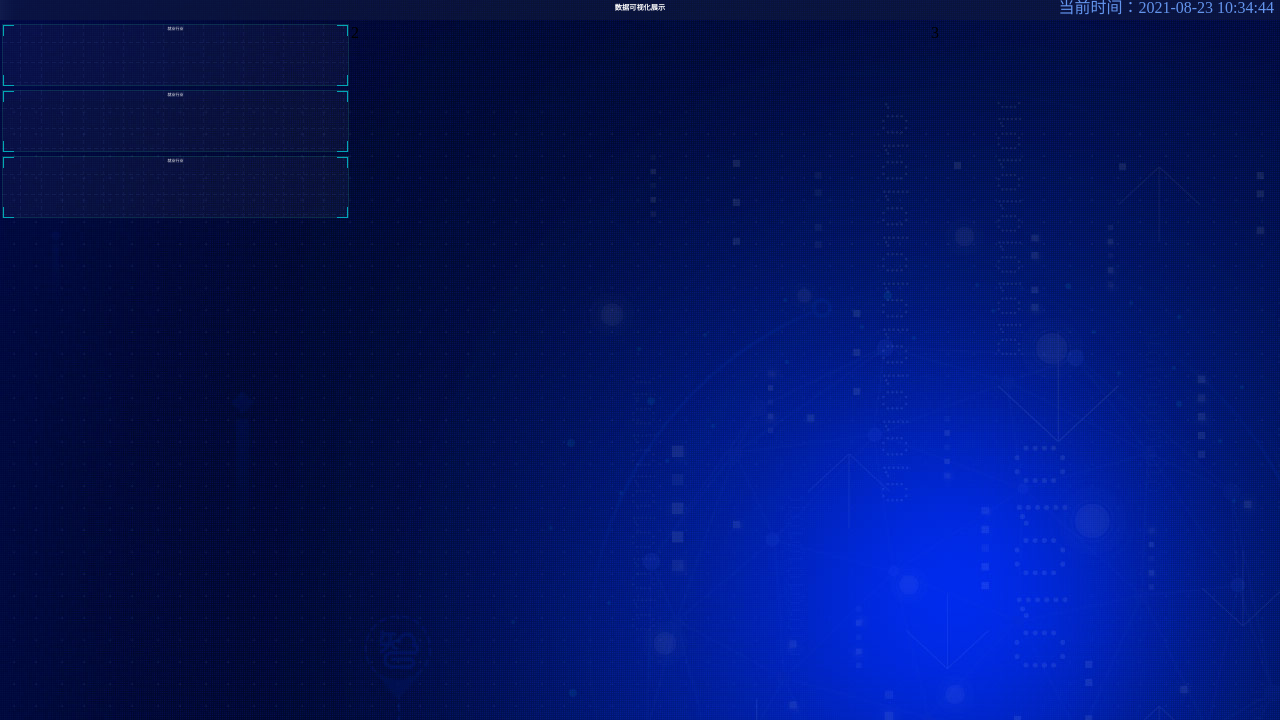
Repository: jiang-1990/DataVM
Page: /
An editor plug-in stored every save of this project. The page is shown before and after the next save, followed by the edit.
The browser window is 1280 px wide. The pictures show the whole page.
The project was rebuilt for these pictures with package versions that can differ from the ones it lists, and the page was loaded fresh each time.

Above is the page before, as saved 2021-08-23 15:07:59.

### index.html
<!DOCTYPE html>
<html>
  <head>
    <meta charset="utf-8">
    <meta name="viewport" content="width=device-width,initial-scale=1.0">
    <title>mydatam</title>
  </head>
  <body>
    <div id="app"></div>
    <!-- built files will be auto injected -->
  </body>
</html>

### src/App.vue
<template>
  <div id="app">
    <router-view/>
  </div>
</template>

<script>
export default {
  name: 'App'
}
</script>

<style>
body{
  margin: 0;
  padding: 0;
}
#app ,body,html{
  height: 100%;
  background-image: url('assets/bg.jpg') ;
  background-Repeat : 'no-repeat';
  background-Size : '100% 100%';
}
</style>

### src/router/index.js
import Vue from 'vue'
import Router from 'vue-router'
import bigScreen from '@/components/bigScreen'

Vue.use(Router)

export default new Router({
  routes: [
    {
      path: '/',
      name: 'bigScreen',
      component: bigScreen
    }
  ]
})

### src/components/bigScreen.vue
<template>
  <div>
    <div class="top">
      <h1>数据可视化展示</h1>
      <span class="time">当前时间：{{date | dateFormat}}</span>
    </div>
    <div class="mainBox">
      <div class="culonm">
        <div class="panl bar">
          <h2>就业行业</h2>
          <div class="chart"></div>
          <div class="zhuanjiao"></div>
        </div>

        <div class="panl line">
          <h2>就业行业</h2>
          <div class="chart"></div>
          <div class="zhuanjiao"></div>
        </div>
        <div class="panl par">
          <h2>就业行业</h2>
          <div class="chart"></div>
          <div class="zhuanjiao"></div>
        </div>
      </div>
      <div class="culonm">2</div>
      <div class="culonm">3</div>
    </div>
    <!-- <div id="myChart" style="width:1920px; height: 400px;"></div> -->
  </div>
</template>

<script>
// 引入echarts
var echarts = require('echarts')
export default {
  data () {
    return {
      date: new Date(),//当前日期
    }
  },
  // 定义一个局部的过滤器，格式化当前时间
  filters: {
    dateFormat: (dateTime) => {
      var now = new Date(dateTime)
      var y = now.getFullYear()
      var m = (now.getMonth() + 1).toString().padStart(2, '0')
      var d = now.getDate().toString().padStart(2, '0')
      var hh = now.getHours().toString().padStart(2, '0')
      var mm = now.getMinutes().toString().padStart(2, '0')
      var ss = now.getSeconds().toString().padStart(2, '0')
      // 过滤器中要有返回值
      return `${y}-${m}-${d} ${hh}:${mm}:${ss}`
    }
  },
  mounted(){
    this.createchart()
    var _this = this;
    this.timer = setInterval(() => {
	    _this.date = new Date(); // 修改日期数据
    }, 1000);

  },
  created() {

  },
  methods:{
    // createchart(){
    //   var myChart = echarts.init(document.getElementById('myChart'))
    //   console.log(myChart)
    //   var option = {
    //         title:{
    //             text:'ECharts 数据统计'
    //         },
    //         tooltip:{},
    //         legend:{
    //             data:['用户来源']
    //         },
    //         xAxis:{
    //             data:["Android","IOS","PC","Ohter"]
    //         },
    //         yAxis:{

    //         },
    //         series:[{
    //             name:'访问量',
    //             type:'line',
    //             data:[500,200,360,100]
    //         }]
    //     };

    //     //使用制定的配置项和数据显示图表
    //     myChart.setOption(option);
    // },
  }
}
</script>

<style scoped>
@import '../css/bigScreen.css';
</style>

### src/css/bigScreen.css
* {
  margin: 0;
  padding: 0;
  box-sizing: border-box;
}
li {
  list-style-type: none;
}
.top {
  height: 1.25rem;
  background: url(../assets/head_bg.png) no-repeat;
  box-sizing: 100% 100%;
  position: relative;
}
.top h1 {
  font-size: 0.45rem;
  line-height: 1rem;
  color: #ffffff;
  text-align: center;
}
.top .time {
  line-height: 0.9375rem;
  position: absolute;
  right: 0.375rem;
  top: 0;
  color: cornflowerblue;
}
.mainBox {
  min-width: 1024px;
  max-width: 1920px;
  margin: 0 auto;
  display: flex;
  padding: 0.25rem 0.125rem 0;
}
.mainBox .culonm {
  flex: 3;
}
.mainBox .culonm:nth-child(2) {
  flex: 5;
  margin: 0 0.125rem 0.1875rem;
}
.mainBox .panl {
  position: relative;
  height: 3.875rem;
  border: 0.0125rem solid rgba(25, 186, 139, 0.17);
  background: url(../assets/line.png) rgba(255, 255, 255, 0.03);
  padding: 0 0.1875rem 0.25rem;
  margin-bottom: 0.25rem;
}
.mainBox .panl::before {
  position: absolute;
  top: 0;
  left: 0;
  width: 10px;
  height: 10px;
  border-left: 1px solid #02a6b5;
  border-top: 1px solid #02a6b5;
  content: "";
}
.mainBox .panl::after {
  position: absolute;
  top: 0;
  right: 0;
  width: 10px;
  height: 10px;
  border-right: 1px solid #02a6b5;
  border-top: 1px solid #02a6b5;
  content: "";
}
.mainBox .panl .zhuanjiao {
  width: 100%;
  height: 10px;
  position: absolute;
  bottom: 0px;
  left: 0;
}
.mainBox .panl .zhuanjiao::before {
  position: absolute;
  top: 0;
  left: 0;
  width: 10px;
  height: 10px;
  border-left: 1px solid #02a6b5;
  border-bottom: 1px solid #02a6b5;
  content: "";
}
.mainBox .panl .zhuanjiao::after {
  position: absolute;
  top: 0;
  right: 0;
  width: 10px;
  height: 10px;
  border-right: 1px solid #02a6b5;
  border-bottom: 1px solid #02a6b5;
  content: "";
}
.mainBox .panl h2 {
  font-size: 0.25rem;
  color: #ffffff;
  line-height: 0.5rem;
  text-align: center;
  height: 0.5rem;
  font-weight: 400;
}
.mainBox .panl .chart {
  height: 3.25rem;
}
.mainBox .num {
  background: rgba(101, 132, 226, 0.1);
  padding: 0.1875rem;
}
.mainBox .num .num-hd {
  position: relative;
  margin: 0.125rem;
  border: 1px solid rgba(25, 186, 139, 0.17);
}
.mainBox .num .num-hd::before {
  position: absolute;
  top: 0;
  left: 0;
  width: 10px;
  height: 10px;
  border-left: 1px solid #02a6b5;
  border-top: 1px solid #02a6b5;
  content: "";
}
.mainBox .num .num-hd::after {
  position: absolute;
  bottom: 0;
  right: 0;
  width: 10px;
  height: 10px;
  border-right: 1px solid #02a6b5;
  border-bottom: 1px solid #02a6b5;
  content: "";
}
.mainBox .num .num-hd ul {
  display: flex;
}
.mainBox .num .num-hd ul li {
  flex: 1;
  line-height: 1rem;
  font-size: 0.875rem;
  color: #ffeb7b;
  text-align: center;
  font-family: electronicFont;
}
.mainBox .num .num-hd ul li:nth-child(1) {
  position: relative;
}
.mainBox .num .num-hd ul li:nth-child(1)::after {
  position: absolute;
  top: 25%;
  right: 0;
  height: 50%;
  border-right: 1px solid #02a6b5;
  content: "";
}
.mainBox .num .num-bd {
  position: relative;
}
.mainBox .num .num-bd ul {
  display: flex;
}
.mainBox .num .num-bd ul li {
  flex: 1;
  line-height: 0.5rem;
  font-size: 0.225rem;
  color: rgba(255, 255, 255, 0.7);
  text-align: center;
}
.mainBox .map {
  height: 10.125rem;
  position: relative;
}
.mainBox .map .map1 {
  width: 6.475rem;
  height: 6.475rem;
  position: absolute;
  top: 50%;
  left: 50%;
  transform: translate(-50%, -50%);
  background: url(../assets/map.png);
  background-size: 100% 100%;
  opacity: 0.3;
}
.mainBox .map .map2 {
  width: 8.0375rem;
  height: 8.0375rem;
  position: absolute;
  top: 50%;
  left: 50%;
  transform: translate(-50%, -50%);
  background: url(../assets/lbx.png);
  background-size: 100% 100%;
  animation: rotatel1 20s linear infinite;
  opacity: 0.6;
}
@keyframes rotatel1 {
  from {
    transform: translate(-50%, -50%) rotate(0deg);
  }
  to {
    transform: translate(-50%, -50%) rotate(360deg);
  }
}
.mainBox .map .map3 {
  width: 7.075rem;
  height: 7.075rem;
  position: absolute;
  top: 50%;
  left: 50%;
  transform: translate(-50%, -50%);
  background: url(../assets/jt.png);
  background-size: 100% 100%;
  animation: rotatel2 15s linear infinite;
  opacity: 0.6;
}
@keyframes rotatel2 {
  from {
    transform: translate(-50%, -50%) rotate(0deg);
  }
  to {
    transform: translate(-50%, -50%) rotate(-360deg);
  }
}
.mainBox .map .chart {
  height: 10.125rem;
}

Loaded but not shown: src/main.js (common file)

After the next save:
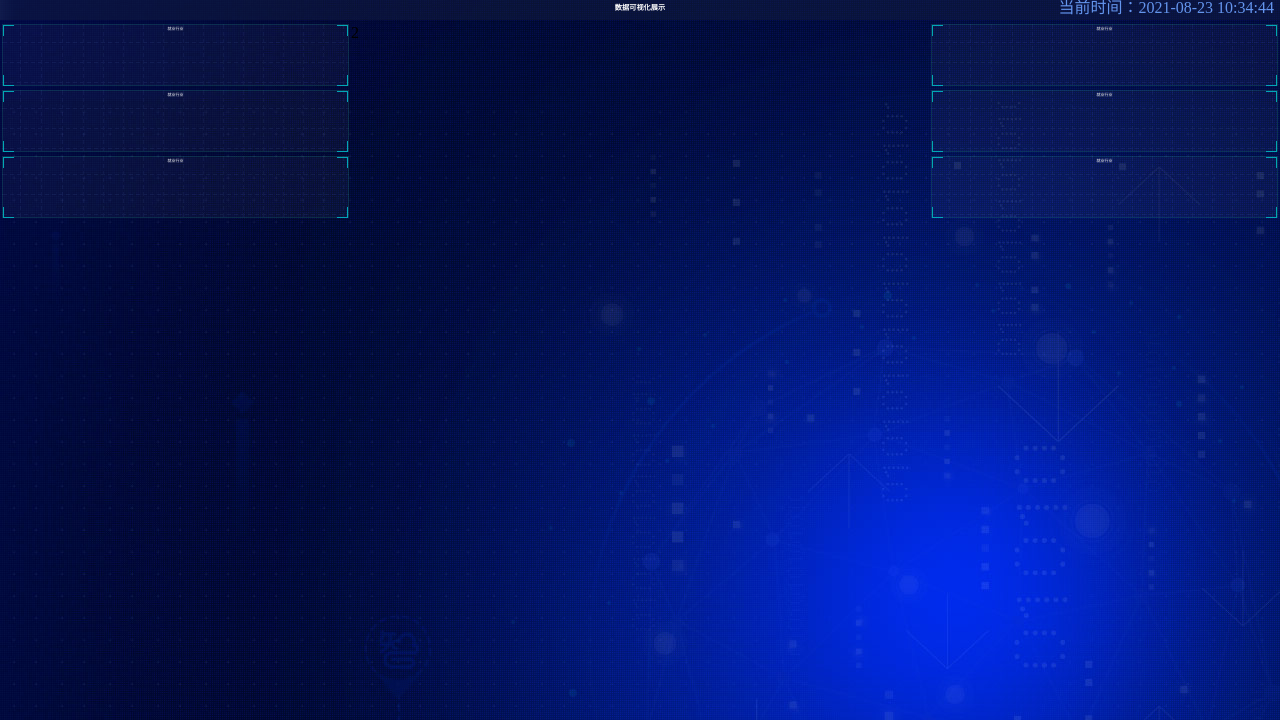
Saved 20 s later.
--- a/src/components/bigScreen.vue
+++ b/src/components/bigScreen.vue
@@ -17,6 +17,7 @@
           <div class="chart"></div>
           <div class="zhuanjiao"></div>
         </div>
+
         <div class="panl par">
           <h2>就业行业</h2>
           <div class="chart"></div>
@@ -24,7 +25,25 @@
         </div>
       </div>
       <div class="culonm">2</div>
-      <div class="culonm">3</div>
+      <div class="culonm">
+        <div class="panl bar">
+          <h2>就业行业</h2>
+          <div class="chart"></div>
+          <div class="zhuanjiao"></div>
+        </div>
+
+        <div class="panl line">
+          <h2>就业行业</h2>
+          <div class="chart"></div>
+          <div class="zhuanjiao"></div>
+        </div>
+
+        <div class="panl par">
+          <h2>就业行业</h2>
+          <div class="chart"></div>
+          <div class="zhuanjiao"></div>
+        </div>
+      </div>
     </div>
     <!-- <div id="myChart" style="width:1920px; height: 400px;"></div> -->
   </div>
